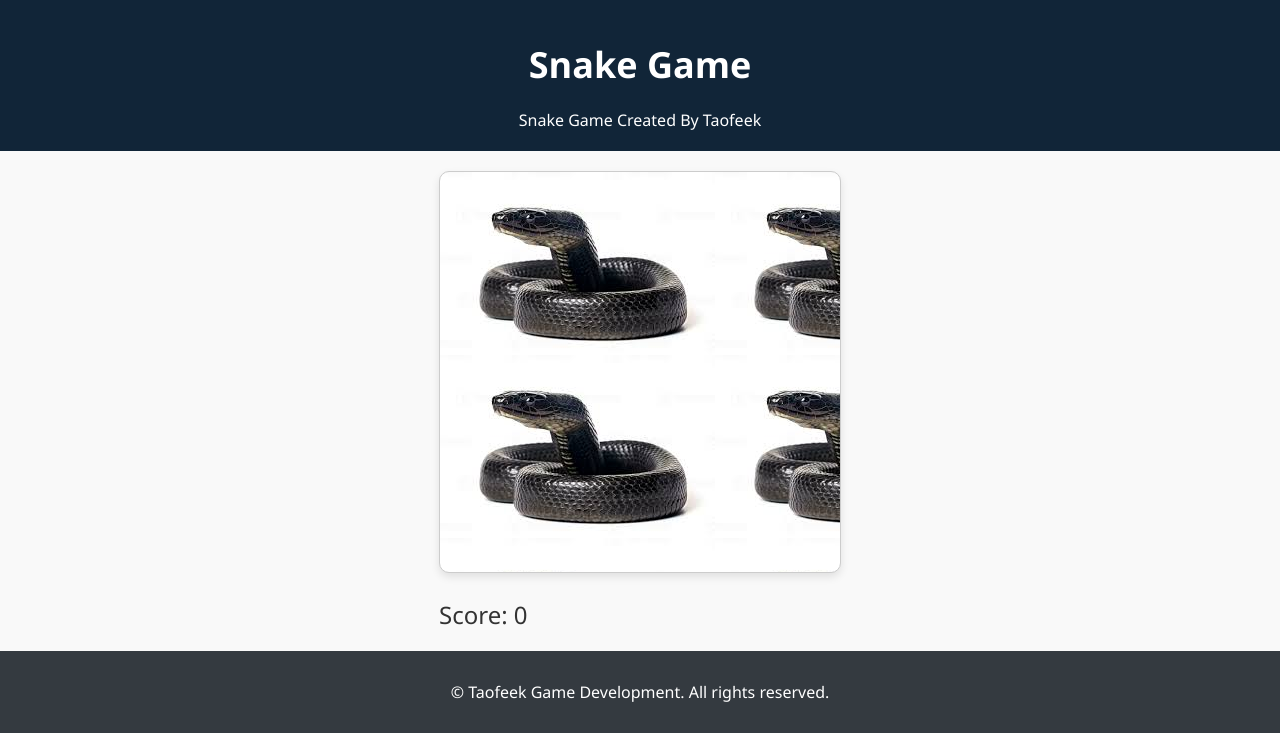
Repository: Taofeekolusola/Landing-page
Page: index.html
The author's editor kept a copy of each file at every save. The page is drawn from the files as they stood at one save, then again after a run of saves.
The browser window is 1280 px wide. The pictures show the whole page.

Above is the page before, as saved 2024-05-06 18:29:54.
Not found: script.js

### index.html
<!DOCTYPE html>
<html lang="en">
<head>
    <meta charset="UTF-8">
    <meta name="viewport" content="width=device-width, initial-scale=1.0">
    <title>Snake Game</title>
    <link rel="stylesheet" href="styles.css">
</head>
<body>
    <header>
        <div class="container">
            <h1>Snake Game</h1>
        </div>
        <div class="name">Snake Game Created By Taofeek</div>
    </header>
    <main>
        <div>
            <canvas class="snake"></canvas>
            <div id="score">Score: 0</div>
        </div>
    </main>
    <footer>
        <div class="container">
            <p>&copy; Taofeek Game Development. All rights reserved.</p>
        </div>
    </footer>
    <script src="script.js"></script>
</body>
</html>

### styles.css
body {
    font-family: 'Segoe UI', Tahoma, Geneva, Verdana, sans-serif;
    margin: 0;
    padding: 0;
    display: flex;
    flex-direction: column;
    min-height: 100vh;
    background-color: #f9f9f9;
}

.container {
    width: 80%;
    max-width: 800px;
    margin: 0 auto;
    padding: 20px;
}

header {
    background-color: #112538;
    color: #fff;
    text-align: center;
    padding: 20px 0;
}

header h1 {
    font-size: 36px;
    margin: 0;
}

.snake {
    height: 400px;
    width: 400px;
    margin-top: 20px;
    background-color: #87888a;
    background-image: url('image.jpg');
}

main {
    flex-grow: 1;
    display: flex;
    justify-content: center;
    align-items: center;
}

canvas {
    border: 1px solid #ccc;
    border-radius: 10px;
    box-shadow: 0 4px 8px rgba(0, 0, 0, 0.1);
}

#score {
    margin-top: 20px;
    font-size: 24px;
    color: #333;
}

footer {
    background-color: #343a40;
    color: #fff;
    text-align: center;
    padding: 10px 0;
    margin-top: 20px;
}

footer p {
    margin: 0;
}

After the next 4 saves:
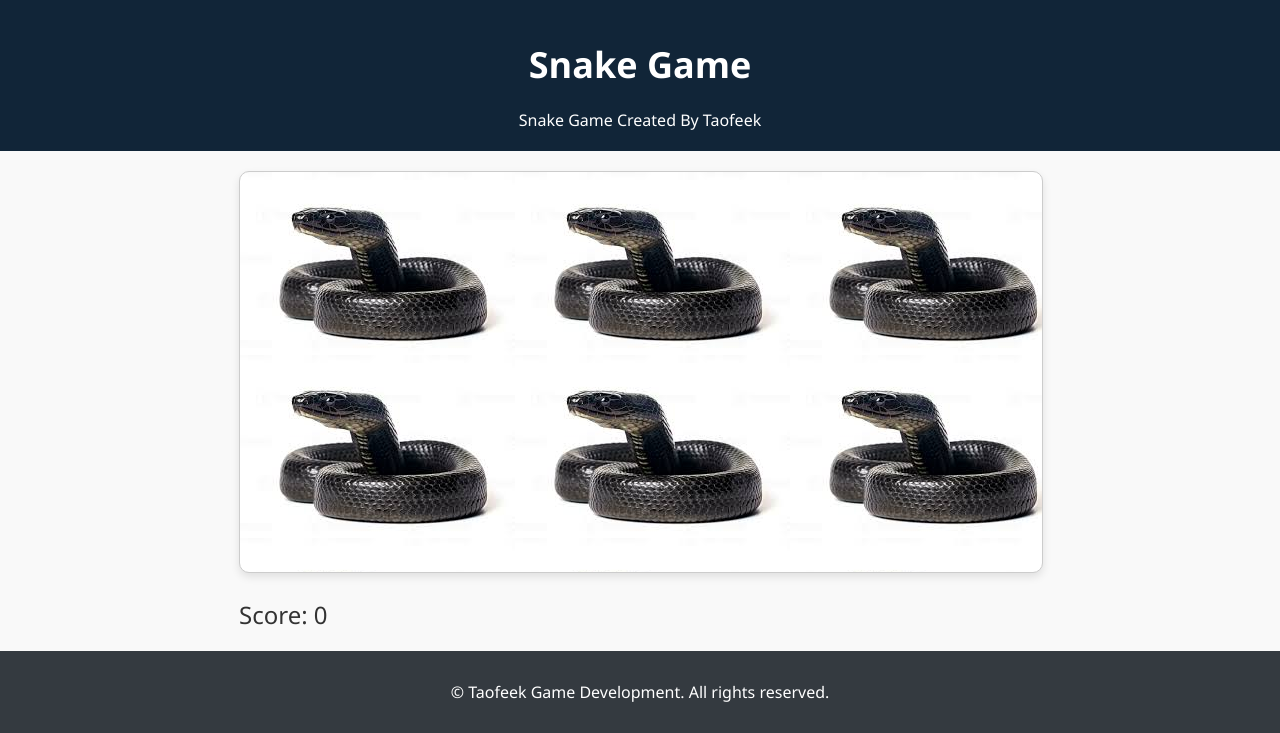
The 4 saves are shown as one change because they came seconds apart.
The last was saved 47 s later.
--- a/styles.css
+++ b/styles.css
@@ -29,7 +29,7 @@ header h1 {
 
 .snake {
     height: 400px;
-    width: 400px;
+    width: 100%;
     margin-top: 20px;
     background-color: #87888a;
     background-image: url('image.jpg');
